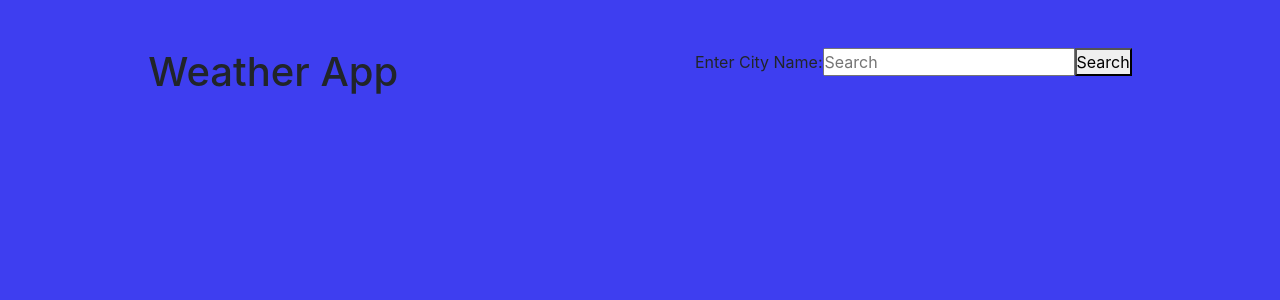
Repository: bhaveshtrades/weatherapp
Page: /
The author's editor kept a copy of each file at every save. The page is drawn from the files as they stood at one save, then again after the next save.
The browser window is 1280 px wide. The pictures show the whole page.
The project was rebuilt for these pictures with package versions that can differ from the ones it lists, and the page was loaded fresh each time. Also part of the build but not shown: src/components/CurrentWeather.jsx.

Above is the page before, as saved 2023-01-08 19:08:03.

### public/index.html
<!DOCTYPE html>
<html lang="en">
  <head>
    <meta charset="utf-8" />
    <link rel="icon" href="%PUBLIC_URL%/favicon.ico" />
    <meta name="viewport" content="width=device-width, initial-scale=1" />
    <meta name="theme-color" content="#000000" />
    <meta
      name="description"
      content="Web site created using create-react-app"
    />
    <link rel="apple-touch-icon" href="%PUBLIC_URL%/logo192.png" />
    <!--
      manifest.json provides metadata used when your web app is installed on a
      user's mobile device or desktop. See https://developers.google.com/web/fundamentals/web-app-manifest/
    -->
    <link rel="manifest" href="%PUBLIC_URL%/manifest.json" />
    <link href="https://cdn.jsdelivr.net/npm/bootstrap@5.3.0-alpha1/dist/css/bootstrap.min.css" rel="stylesheet" integrity="sha384-GLhlTQ8iRABdZLl6O3oVMWSktQOp6b7In1Zl3/Jr59b6EGGoI1aFkw7cmDA6j6gD" crossorigin="anonymous" />
  </head>

    <!--
      Notice the use of %PUBLIC_URL% in the tags above.
      It will be replaced with the URL of the `public` folder during the build.
      Only files inside the `public` folder can be referenced from the HTML.

      Unlike "/favicon.ico" or "favicon.ico", "%PUBLIC_URL%/favicon.ico" will
      work correctly both with client-side routing and a non-root public URL.
      Learn how to configure a non-root public URL by running `npm run build`.
    -->
    <title>React App</title>
  </head>
  <body>
    <noscript>You need to enable JavaScript to run this app.</noscript>
    <div id="root"></div>
    <!--
      This HTML file is a template.
      If you open it directly in the browser, you will see an empty page.

      You can add webfonts, meta tags, or analytics to this file.
      The build step will place the bundled scripts into the <body> tag.

      To begin the development, run `npm start` or `yarn start`.
      To create a production bundle, use `npm run build` or `yarn build`.
    -->
  </body>
  <script src="https://cdn.jsdelivr.net/npm/@popperjs/core@2.11.6/dist/umd/popper.min.js" integrity="sha384-oBqDVmMz9ATKxIep9tiCxS/Z9fNfEXiDAYTujMAeBAsjFuCZSmKbSSUnQlmh/jp3" crossorigin="anonymous"></script>
  <script src="https://cdn.jsdelivr.net/npm/bootstrap@5.3.0-alpha1/dist/js/bootstrap.min.js" integrity="sha384-mQ93GR66B00ZXjt0YO5KlohRA5SY2XofN4zfuZxLkoj1gXtW8ANNCe9d5Y3eG5eD" crossorigin="anonymous"></script>
</html>

### src/App.js
import React, { useState } from 'react';
import './App.css';
import CurrentWeather from './components/CurrentWeather';
import Navbar from './components/Navbar';

function App() {

    const apiKey = process.env.REACT_APP_API_KEY;

    const[city, setCity] = useState();
    const[weatherData, setWeatherData] = useState([]);
    const[country, setCountry] = useState();
    const[location, setLocation] = useState();
    const[currentDate, setCurrentDate] = useState();
    const[currentDay, setCurrentDay] = useState();
    const[currentMonth, setCurrentMonth] = useState();
    const[currentIcon, setCurrentIcon] = useState();
    const[currentTemp, setCurrentTemp] = useState();
    const[currentStatus, setCurrentStatus] = useState();


    const weekDays = ['Sunday', 'Monday', 'Tuesday', 'Wednesday', 'Thursday', 'Friday', 'Saturday'];
    const months = ["January","February","March","April","May","June","July","August","September","October","November","December"];

    const currentAPI = `http://api.weatherapi.com/v1/current.json?key=${apiKey}&q=${city}`;

     const getWeather = (e)=>{
      e.preventDefault();
      fetch(currentAPI).then(data => data.json())
      .then((response)=>{
        setWeatherData([response]);
        setCountry(response.location.country);
        setLocation(response.location.name);
        setCurrentDate(new Date(`${response.current.last_updated}`).getDate());
        setCurrentDay(new Date(`${response.current.last_updated}`).getDay());
        setCurrentMonth(new Date(`${response.current.last_updated}`).getMonth());
        setCurrentIcon(response.current.condition.icon);
        setCurrentTemp(response.current.temp_c);
        setCurrentStatus(response.current.condition.text);
      });
    }


  return (
    <>
    <Navbar resultProp={getWeather} cityProp={(e)=>{setCity(e.target.value)}}/>
    {weatherData.length !==0 && <CurrentWeather countryProp={country} locationProp={location} dayProp={weekDays[currentDay]} dateProp={currentDate} monthProp={months[currentMonth]} currentIconProp={currentIcon} currentTempProp={currentTemp} currentStatusProp={currentStatus}/>}
    </>
  );
}

export default App;

### src/App.css
*{
  padding: 0;
  margin: 0;
}

body{
  background-color: rgba(61, 61, 240, 0.993);
}

.nDiv1{
  display: flex;
  justify-content: space-around;
  padding-top: 3rem;
}

.cDiv1{
  margin-top: 4rem;
  padding-left: 7rem;
  color: whitesmoke;
}

.cDiv2{
  display: flex;
}

.cDiv3{
  display: flex;
  gap: 4rem;
  justify-content: center;
}

.cDiv5{
  padding-top: 2rem;
}

.cDiv6{
  padding-left: 2rem;
}

.currentIcon{
  height: 8rem;
  width: 8rem;
}

### src/components/Navbar.jsx
import React from 'react'

function Navbar({resultProp, cityProp}){

  return (
    <>
    <div className='nDiv1'>
    <div className='nDiv2'>
    <h1>Weather App</h1>
    </div>
    <div className='nDiv3'>
    <form className='searchBox' role="search" onSubmit={resultProp}>
        <label htmlFor='searchLocation' className='searchLabel'>Enter City Name: </label>
        <input className='searchInput' id='searchLocation' placeholder='Search' onChange={cityProp}/>
        <button className='searchButton' type="submit">Search</button>
    </form>
    </div>
    </div>
    </>
  )
}

export default Navbar;

Loaded but not shown: src/index.js (common file); src/index.css (common file); src/reportWebVitals.js (common file)

After the next save:
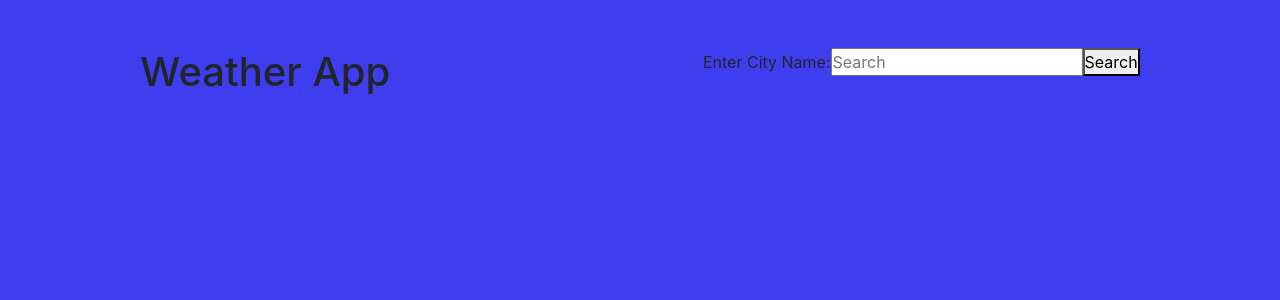
Saved 63 s later.
--- a/src/App.css
+++ b/src/App.css
@@ -11,6 +11,10 @@ body{
   display: flex;
   justify-content: space-around;
   padding-top: 3rem;
+}
+
+.searchBox{
+  margin-left: 2rem;
 }
 
 .cDiv1{
